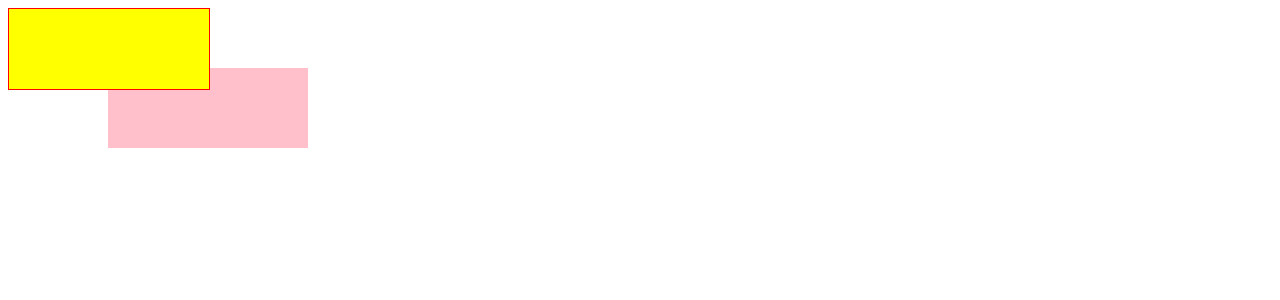
Repository: Pr-DuyTam/HTML-CSS-JS-PHP
Page: CSS/Các thuộc tính định dạng hiển thị, trình bày/Position/Z-index (52).html
An editor plug-in stored every save of this project. The page is shown before and after the next save, followed by the edit.
The browser window is 1280 px wide. The pictures show the whole page.

Above is the page before, as saved 2023-08-03 08:17:38.

### CSS/Các thuộc tính định dạng hiển thị, trình bày/Position/Z-index (52).html
<!DOCTYPE html>
<html lang="en">
<head>
    <meta charset="UTF-8">
    <meta name="viewport" content="width=device-width, initial-scale=1.0">
    <title>Z-index</title>

    <style type="text/css">
        #a{
            background-color: yellow;
            width:200px;
            height: 80px;
            border: 1px solid red;
            position: absolute;
            z-index: 10;
        }

        #b{
            background-color: pink;
            height: 80px;
            width: 200px;
            position: absolute;
            top: 60px;
            left: 100px;
           z-index: 5;
        }

    </style>
</head>
<body>
    <div style="position:relative">
        <div id="a"></div>
        <div id="b"></div>
    </div>
</body>
</html>

After the next save:
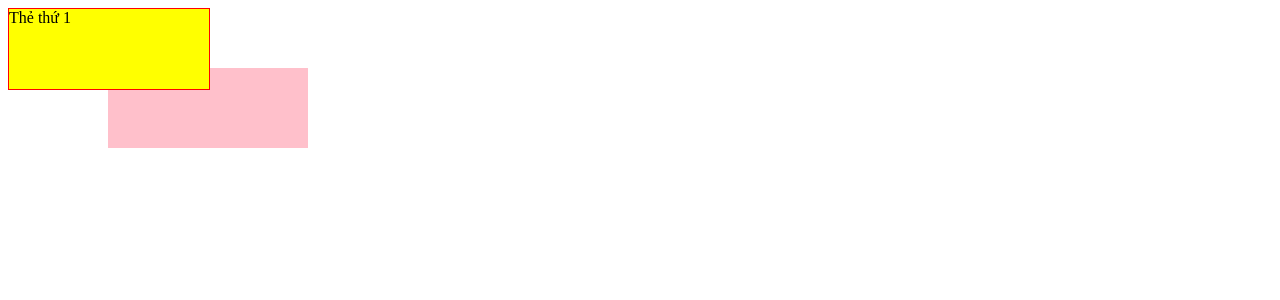
Saved 80 s later.
--- a/CSS/Các thuộc tính định dạng hiển thị, trình bày/Position/Z-index (52).html
+++ b/CSS/Các thuộc tính định dạng hiển thị, trình bày/Position/Z-index (52).html
@@ -12,7 +12,7 @@
             height: 80px;
             border: 1px solid red;
             position: absolute;
-            z-index: 10;
+            z-index: 10; /**/
         }
 
         #b{
@@ -22,14 +22,14 @@
             position: absolute;
             top: 60px;
             left: 100px;
-           z-index: 5;
+            z-index: 5;
         }
 
     </style>
 </head>
 <body>
     <div style="position:relative">
-        <div id="a"></div>
+        <div id="a">Thẻ thứ 1</div>
         <div id="b"></div>
     </div>
 </body>
